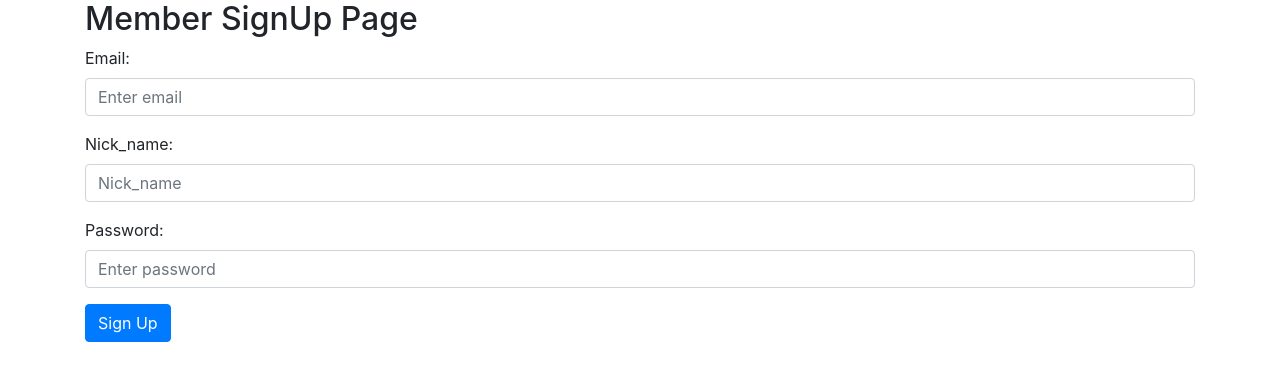
Repository: kurunai/jsp3
Page: http://localhost/jsp_project2/member/join.jsp
The author's editor kept a copy of each file at every save. The page is drawn from the files as they stood at one save, then again after the next save.
The browser window is 1280 px wide. The pictures show the whole page.
The page is served by Tomcat 9. Other server files are loaded and not shown.

Above is the page before, as saved 2022-08-30 00:38:24.

### _jsp3_workspace/jsp_project2/src/main/webapp/member/join.jsp
<%@ page language="java" contentType="text/html; charset=UTF-8"
    pageEncoding="UTF-8"%>
<%@ taglib uri="http://java.sun.com/jsp/jstl/core" prefix="c"%>
<!DOCTYPE html>
<html lang="en">
<head>
  <title>Member Page</title>
  <meta charset="utf-8">
  <meta name="viewport" content="width=device-width, initial-scale=1">
  <link rel="stylesheet" href="https://cdn.jsdelivr.net/npm/bootstrap@4.6.1/dist/css/bootstrap.min.css">
  <script src="https://cdn.jsdelivr.net/npm/jquery@3.6.0/dist/jquery.slim.min.js"></script>
  <script src="https://cdn.jsdelivr.net/npm/popper.js@1.16.1/dist/umd/popper.min.js"></script>
  <script src="https://cdn.jsdelivr.net/npm/bootstrap@4.6.1/dist/js/bootstrap.bundle.min.js"></script>
</head>
<body>

<div class="container">
  <h2>Member SignUp Page</h2>
  <form action="/mem/register" method="post">
    <div class="form-group">
      <label for="email">Email:</label>
      <input type="email" class="form-control" id="email" placeholder="Enter email" name="email">
    </div>
    <div class="form-group">
      <label for="text">Nick_name:</label>
      <input type="text" class="form-control" id="nick_name" placeholder="Nick_name" name="nick_name">
    </div>
    <div class="form-group">
      <label for="pwd">Password:</label>
      <input type="password" class="form-control" id="pwd" placeholder="Enter password" name="pwd">
    </div>
    <button type="submit" class="btn btn-primary">Sign Up</button>
  </form>
</div>

</body>
</html>

<!-- <!DOCTYPE html>
<html>
<head>
<meta charset="UTF-8">
<title>Insert title here</title>
</head>
<body>
	<h1>Join Page</h1>
	<form action="/mem/register" method="post">
		Email : <input type="email" name="email" placeholder="abc@gmail.com"><br>
		Nick_name : <input type="text" name="nick_name" placeholder="nick_name"><br>
		Password : <input type="password" name="pwd"><br>
		<button type="submit">Sign Up</button>
	</form>
</body>
</html> -->

After the next save:
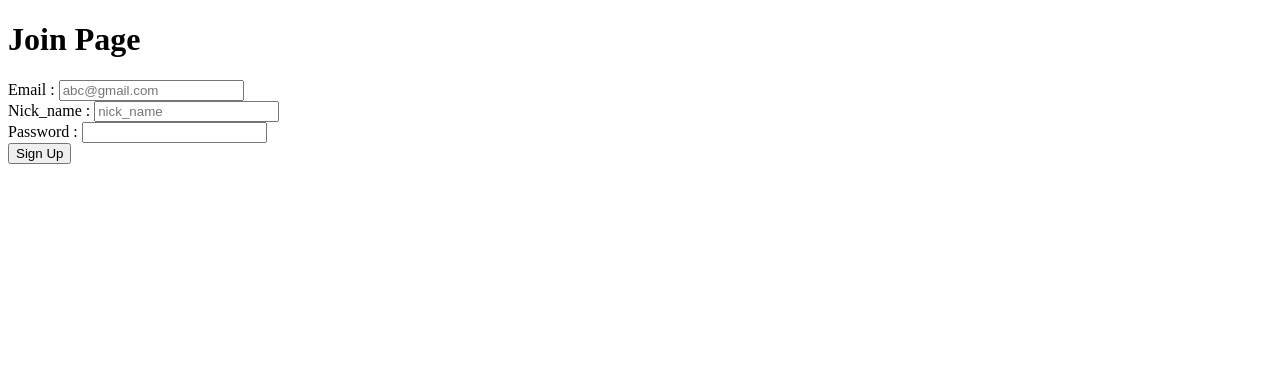
Saved 16 s later.
--- a/_jsp3_workspace/jsp_project2/src/main/webapp/member/join.jsp
+++ b/_jsp3_workspace/jsp_project2/src/main/webapp/member/join.jsp
@@ -1,42 +1,8 @@
 <%@ page language="java" contentType="text/html; charset=UTF-8"
     pageEncoding="UTF-8"%>
 <%@ taglib uri="http://java.sun.com/jsp/jstl/core" prefix="c"%>
+
 <!DOCTYPE html>
-<html lang="en">
-<head>
-  <title>Member Page</title>
-  <meta charset="utf-8">
-  <meta name="viewport" content="width=device-width, initial-scale=1">
-  <link rel="stylesheet" href="https://cdn.jsdelivr.net/npm/bootstrap@4.6.1/dist/css/bootstrap.min.css">
-  <script src="https://cdn.jsdelivr.net/npm/jquery@3.6.0/dist/jquery.slim.min.js"></script>
-  <script src="https://cdn.jsdelivr.net/npm/popper.js@1.16.1/dist/umd/popper.min.js"></script>
-  <script src="https://cdn.jsdelivr.net/npm/bootstrap@4.6.1/dist/js/bootstrap.bundle.min.js"></script>
-</head>
-<body>
-
-<div class="container">
-  <h2>Member SignUp Page</h2>
-  <form action="/mem/register" method="post">
-    <div class="form-group">
-      <label for="email">Email:</label>
-      <input type="email" class="form-control" id="email" placeholder="Enter email" name="email">
-    </div>
-    <div class="form-group">
-      <label for="text">Nick_name:</label>
-      <input type="text" class="form-control" id="nick_name" placeholder="Nick_name" name="nick_name">
-    </div>
-    <div class="form-group">
-      <label for="pwd">Password:</label>
-      <input type="password" class="form-control" id="pwd" placeholder="Enter password" name="pwd">
-    </div>
-    <button type="submit" class="btn btn-primary">Sign Up</button>
-  </form>
-</div>
-
-</body>
-</html>
-
-<!-- <!DOCTYPE html>
 <html>
 <head>
 <meta charset="UTF-8">
@@ -51,4 +17,4 @@
 		<button type="submit">Sign Up</button>
 	</form>
 </body>
-</html> -->
+</html>
